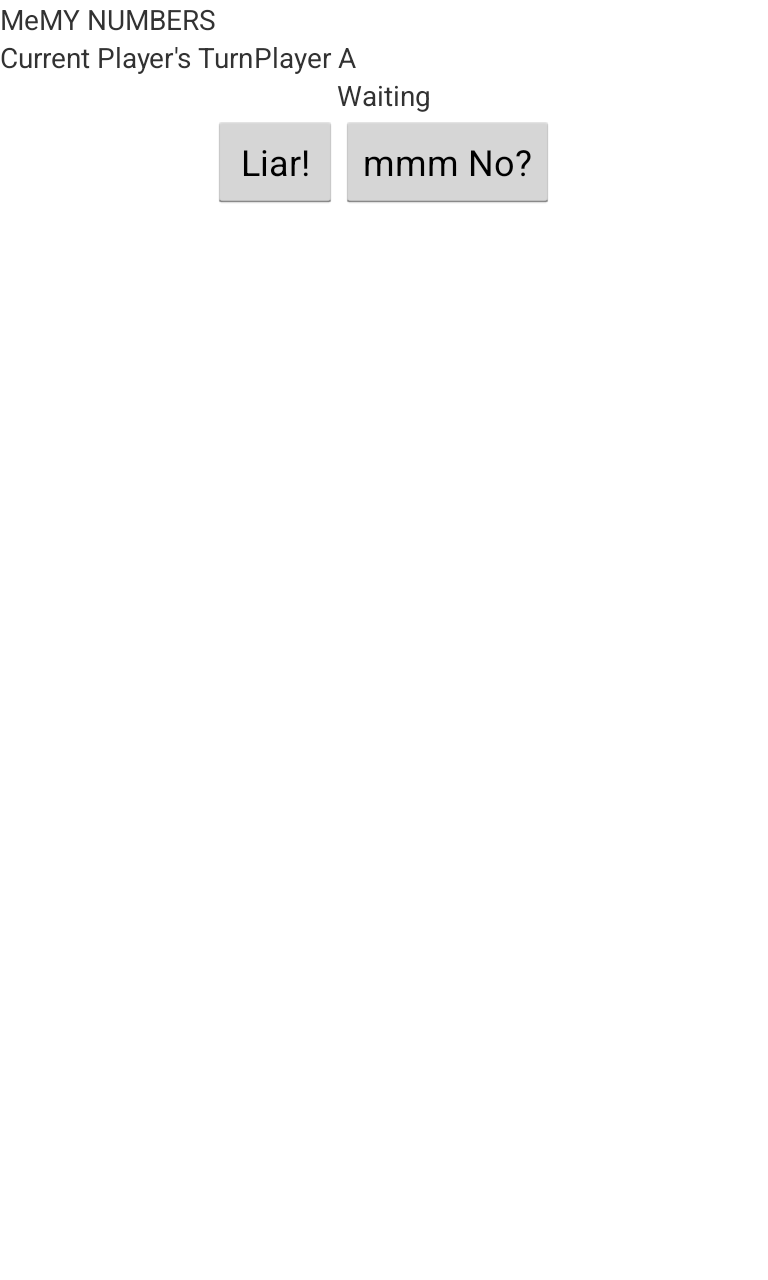
Repository: RayyLim/LiarPoker
Layout: LiarPoker/res/layout/gameroom_main.xml
The author's editor kept a copy of each file at every save. The layout is drawn from the files as they stood at one save, then again after the next save.
It is drawn on a 768 x 1280 px phone screen (xhdpi) without system bars, with theme AppTheme; the app's code is not run.

Above is the layout before, as saved 2012-07-22 04:15:33.

### LiarPoker/res/layout/gameroom_main.xml
<?xml version="1.0" encoding="utf-8"?>
<LinearLayout xmlns:android="http://schemas.android.com/apk/res/android"
	android:layout_width="match_parent" android:layout_height="match_parent"
	android:orientation="vertical">

	<LinearLayout android:layout_width="match_parent"
		android:layout_height="wrap_content">
		<TextView android:id="@+id/meLabel" android:layout_width="wrap_content"
			android:layout_height="wrap_content" android:text="Me" />

		<TextView android:id="@+id/mynumbersLabel"
			android:layout_width="wrap_content" android:layout_height="wrap_content"
			android:text="MY NUMBERS" />
	</LinearLayout>

	<LinearLayout android:layout_width="match_parent"
		android:layout_height="wrap_content">
				<TextView
			android:layout_width="wrap_content" android:layout_height="wrap_content"
			android:text="Current Player's Turn" />
		<TextView android:id="@+id/currentPlayerLabel"
			android:layout_width="wrap_content" android:layout_height="wrap_content"
			android:text="Player A" />



	</LinearLayout>
			<TextView android:id="@+id/currentPlayerSubmissionLabel"
			android:layout_width="wrap_content" android:layout_height="wrap_content"
			android:text="Waiting"
			        android:layout_gravity="center_horizontal"/>



			<LinearLayout
			    android:layout_width="wrap_content"
			    android:layout_height="wrap_content"
			            android:layout_gravity="center_horizontal">
					<Button
			    android:id="@+id/liarButton"
			    android:layout_width="wrap_content"
			    android:layout_height="wrap_content"
			    android:text="Liar!"
			    />
								<Button
			    android:id="@+id/notLiarButton"
			    android:layout_width="wrap_content"
			    android:layout_height="wrap_content"
			    android:text="mmm No?" />
			</LinearLayout>

</LinearLayout>

Loaded but not shown: LiarPoker/res/values-v11/styles.xml (common file); LiarPoker/res/values-v14/styles.xml (common file); LiarPoker/res/values/styles.xml (common file)

After the next save:
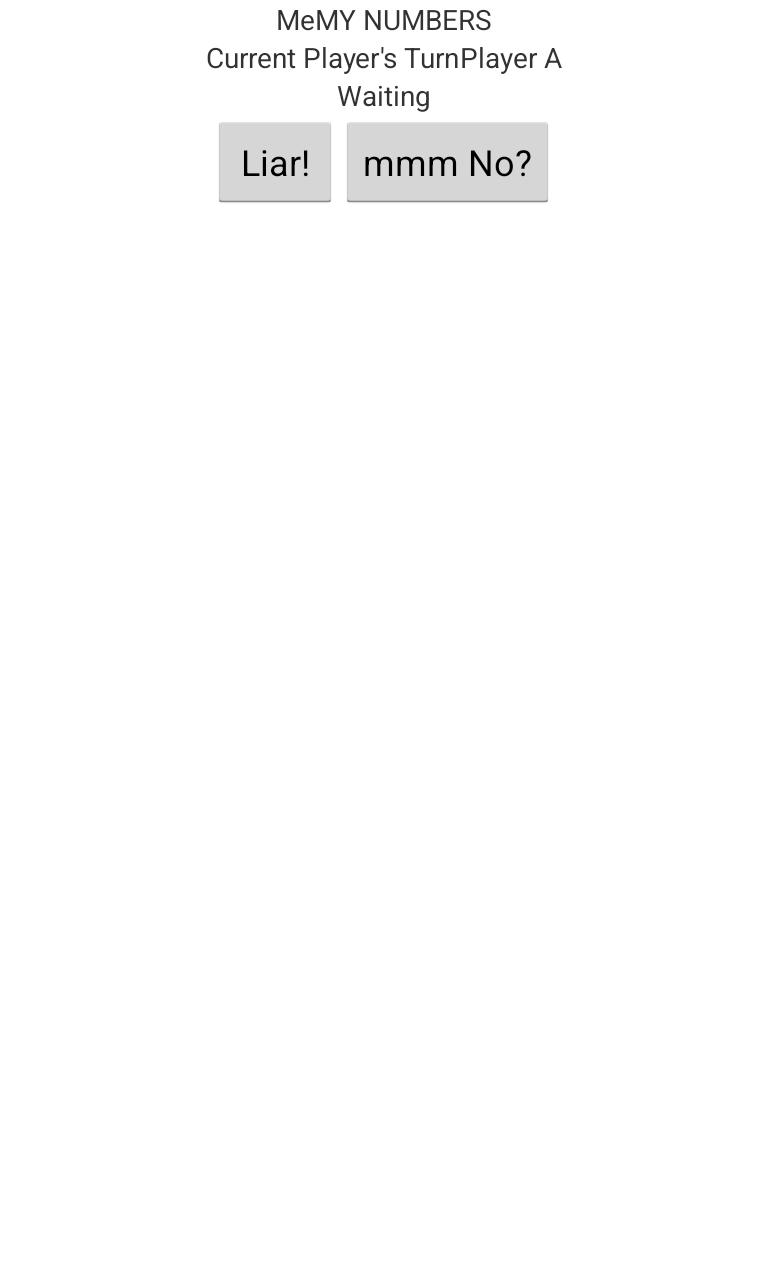
Saved 23 s later.
--- a/LiarPoker/res/layout/gameroom_main.xml
+++ b/LiarPoker/res/layout/gameroom_main.xml
@@ -3,8 +3,9 @@
 	android:layout_width="match_parent" android:layout_height="match_parent"
 	android:orientation="vertical">
 
-	<LinearLayout android:layout_width="match_parent"
-		android:layout_height="wrap_content">
+	<LinearLayout android:layout_width="wrap_content"
+		android:layout_height="wrap_content"
+		android:layout_gravity="center_horizontal">
 		<TextView android:id="@+id/meLabel" android:layout_width="wrap_content"
 			android:layout_height="wrap_content" android:text="Me" />
 
@@ -13,8 +14,9 @@
 			android:text="MY NUMBERS" />
 	</LinearLayout>
 
-	<LinearLayout android:layout_width="match_parent"
-		android:layout_height="wrap_content">
+	<LinearLayout android:layout_width="wrap_content"
+		android:layout_height="wrap_content"
+		android:layout_gravity="center_horizontal">
 				<TextView
 			android:layout_width="wrap_content" android:layout_height="wrap_content"
 			android:text="Current Player's Turn" />
